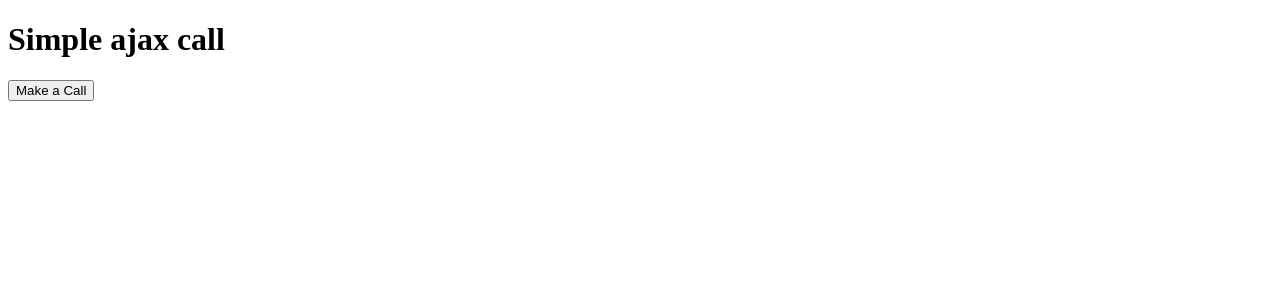
Repository: Padminivittal/Padmini-MWB
Page: MWB Day1/WebContent/lab5-ajax.html
These files come from the project's save history. The page is drawn as it stood at one moment and after the next save; the edit follows.
The browser window is 1280 px wide. The pictures show the whole page.

Above is the page before, as saved 2012-07-20 11:24:19.
Console error: SyntaxError: Unexpected token '{'

After the next save:
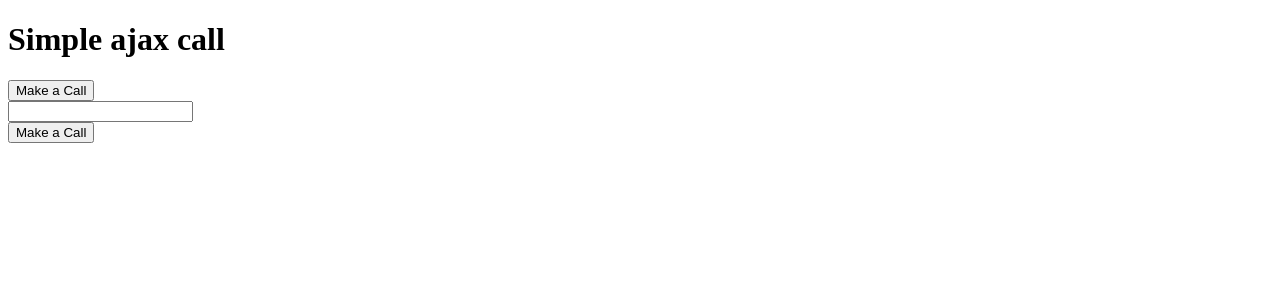
Saved 117 s later.
--- a/MWB Day1/WebContent/lab5-ajax.html
+++ b/MWB Day1/WebContent/lab5-ajax.html
@@ -33,7 +33,8 @@ function sendSimpleAjaxCallTojsp()
 	});
 	}
 $().ready(function(){
-	$("#btnClick").on("click",sendSimpleAjaxCall()
+	$("#btnClick").on("click",sendSimpleAjaxCall())
+	$("#btnSimpleClick").on("click",sendSimpleAjaxCallTojsp())
 });
 
 </script>
@@ -48,5 +49,9 @@ background:lightblue;
 <h1>Simple ajax call</h1>
 <body>
 <input type="button" value="Make a Call" id="btnClick"/>
+<br>
+<input type="text" id="nameText"/>
+<br>
+<input type="button" value="Make a Call" id="btnClick"/>
 </body>
 </html>
